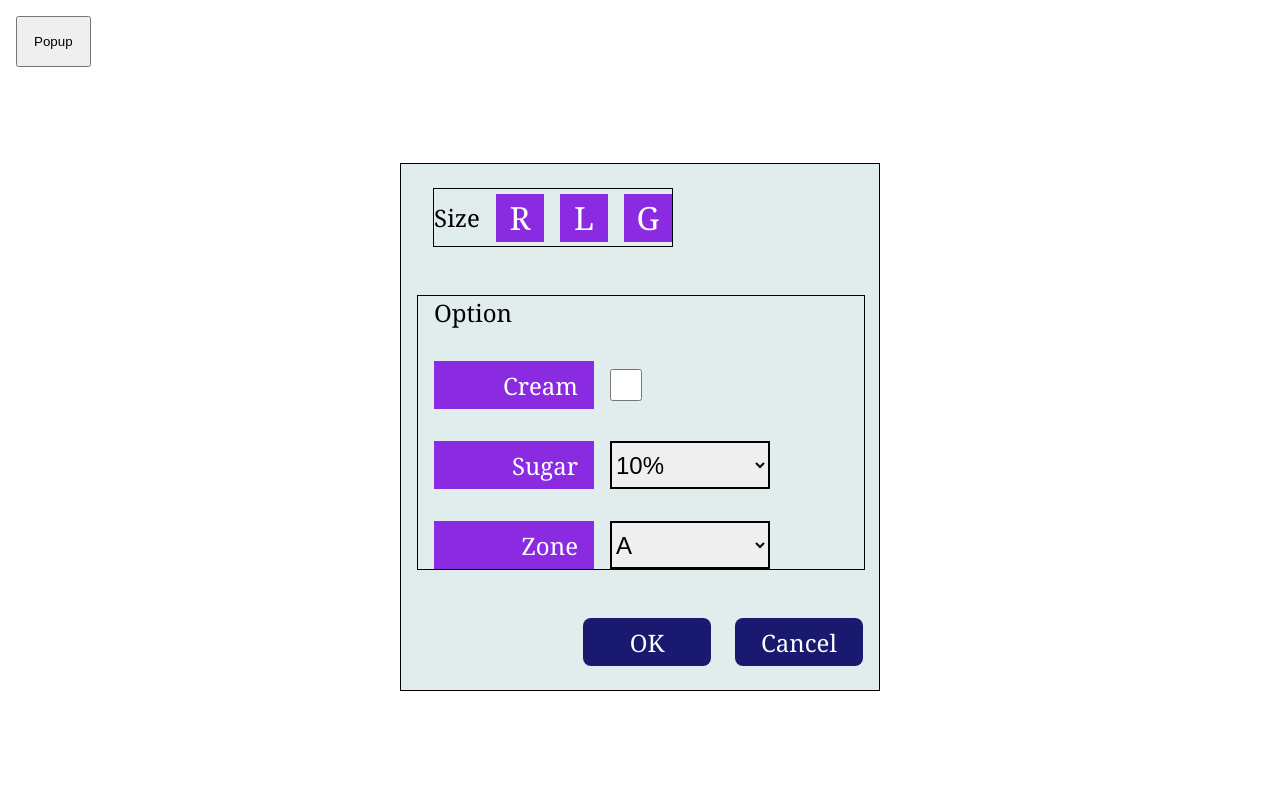
Repository: Dapravith/Midterm-SE-GIC-Cafe-Project-Group16
Page: src/main/resources/templates/PopupDrink.html
An editor plug-in stored every save of this project. The page is shown before and after the next save, followed by the edit.
The browser window is 1280 px wide. The pictures show the whole page.

Above is the page before, as saved 2023-05-12 14:48:47.

After the next save:
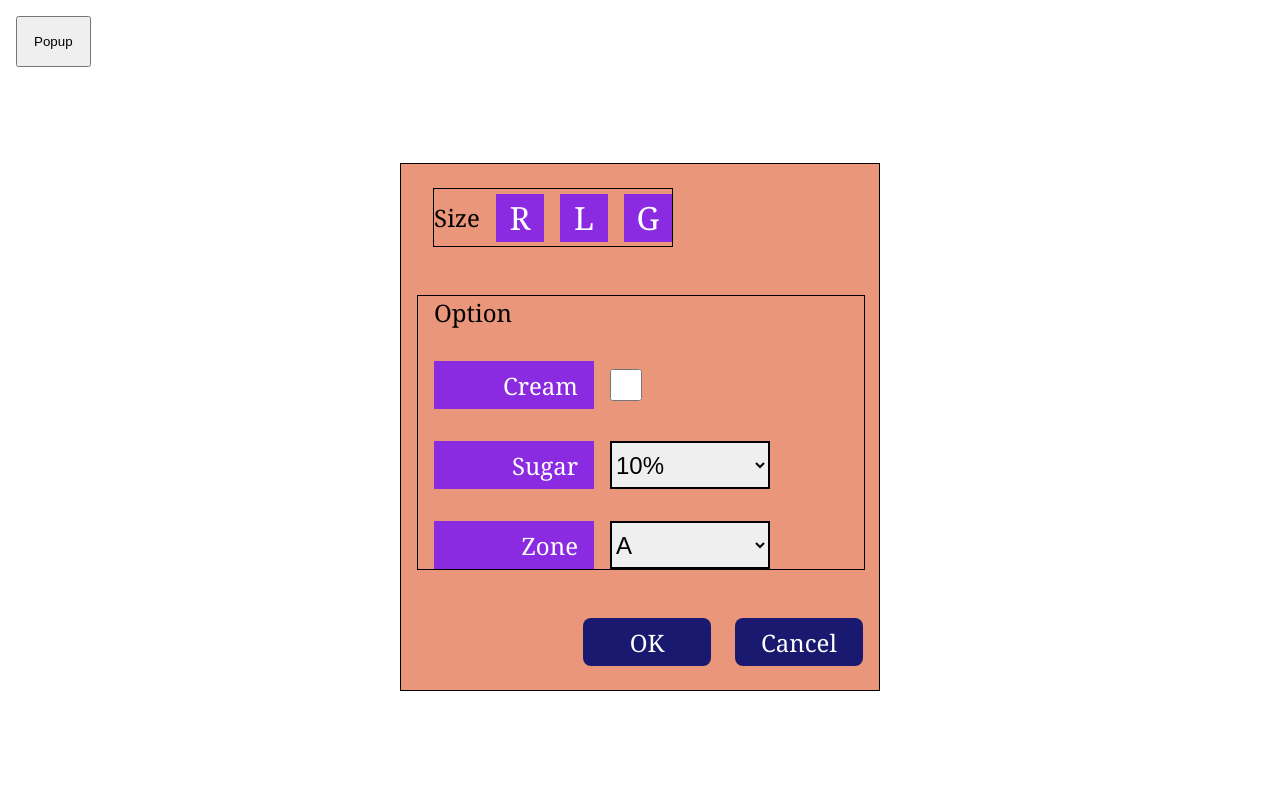
Saved 41 s later.
--- a/src/main/resources/templates/PopupDrink.html
+++ b/src/main/resources/templates/PopupDrink.html
@@ -35,7 +35,7 @@
         display: flex;
         justify-content: flex-start;
         flex-direction: column;
-        background-color: rgb(225, 237, 237);
+        background-color: rgb(233, 150, 122);
       }
       .main_wrapper .wrapper_box .size_box {
         width: 15rem;
